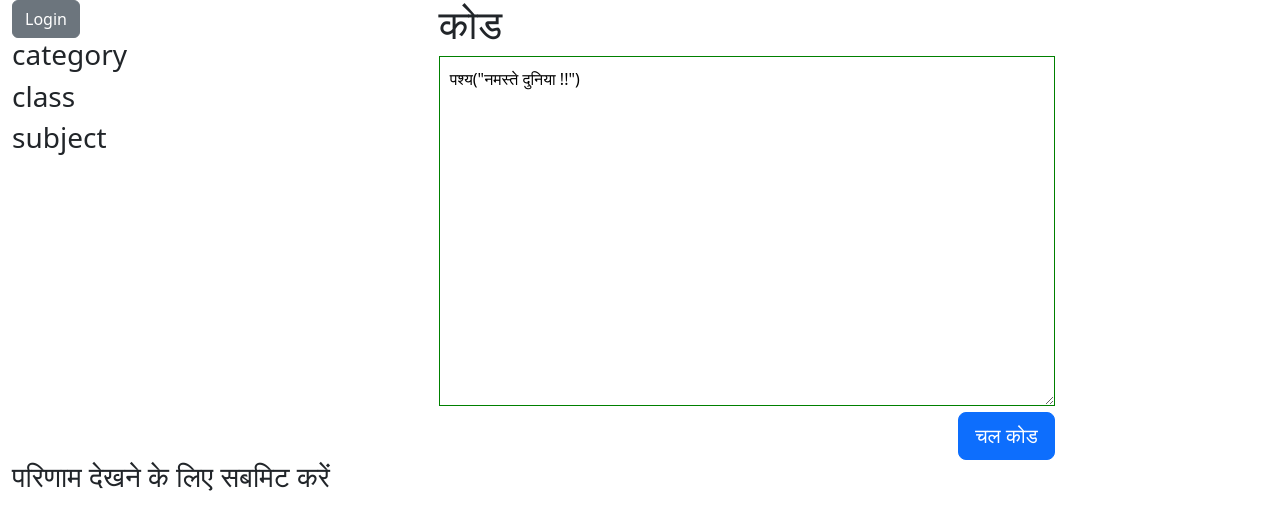
Repository: Vivek3072/webapp_shuniya_code.com
Page: /
These files come from the project's save history. The page is drawn as it stood at one moment and after the next save; the edit follows.
The browser window is 1280 px wide. The pictures show the whole page.
The project was rebuilt for these pictures with package versions that can differ from the ones it lists, and the page was loaded fresh each time. Also part of the build but not shown: src/components/Login.js, src/components/Singup.js, src/home/filteroptions.js, src/home/filteritems.js. Imported but missing from the stored project, and not drawn on this page: src/axiosApi.

Above is the page before, as saved 2021-02-28 00:48:39.

After the next save:
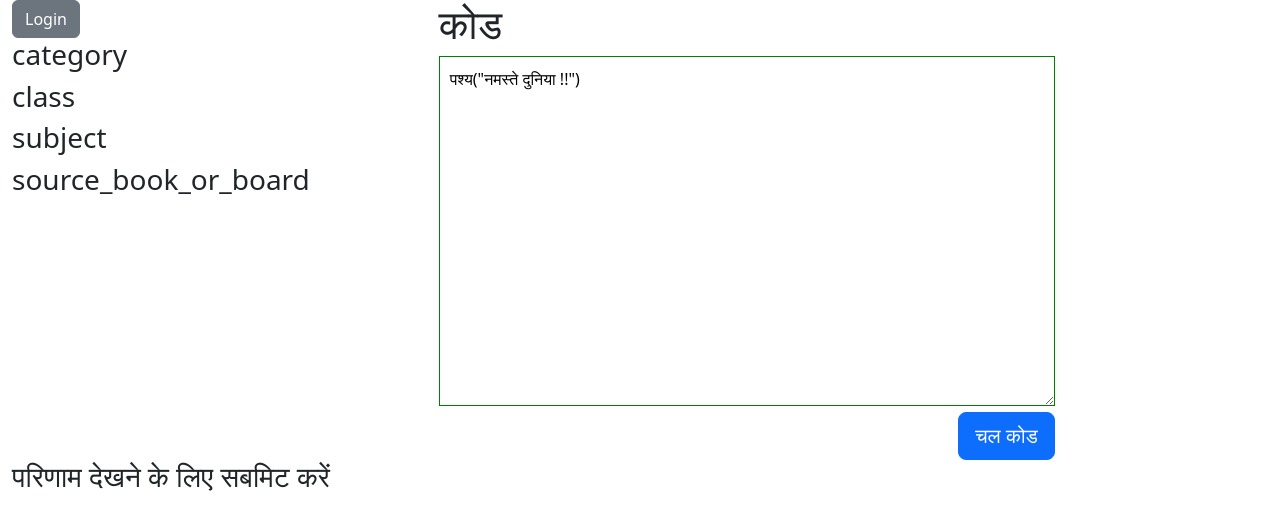
Saved 6 s later.
--- a/src/home/index.js
+++ b/src/home/index.js
@@ -128,7 +128,7 @@ export default class home extends Component {
                  <h3>category </h3>
                  <h3>class </h3>
                  <h3>subject </h3>
-                 <h3></h3>
+                 <h3>source_book_or_board</h3>
                </div>
 
             </div>
